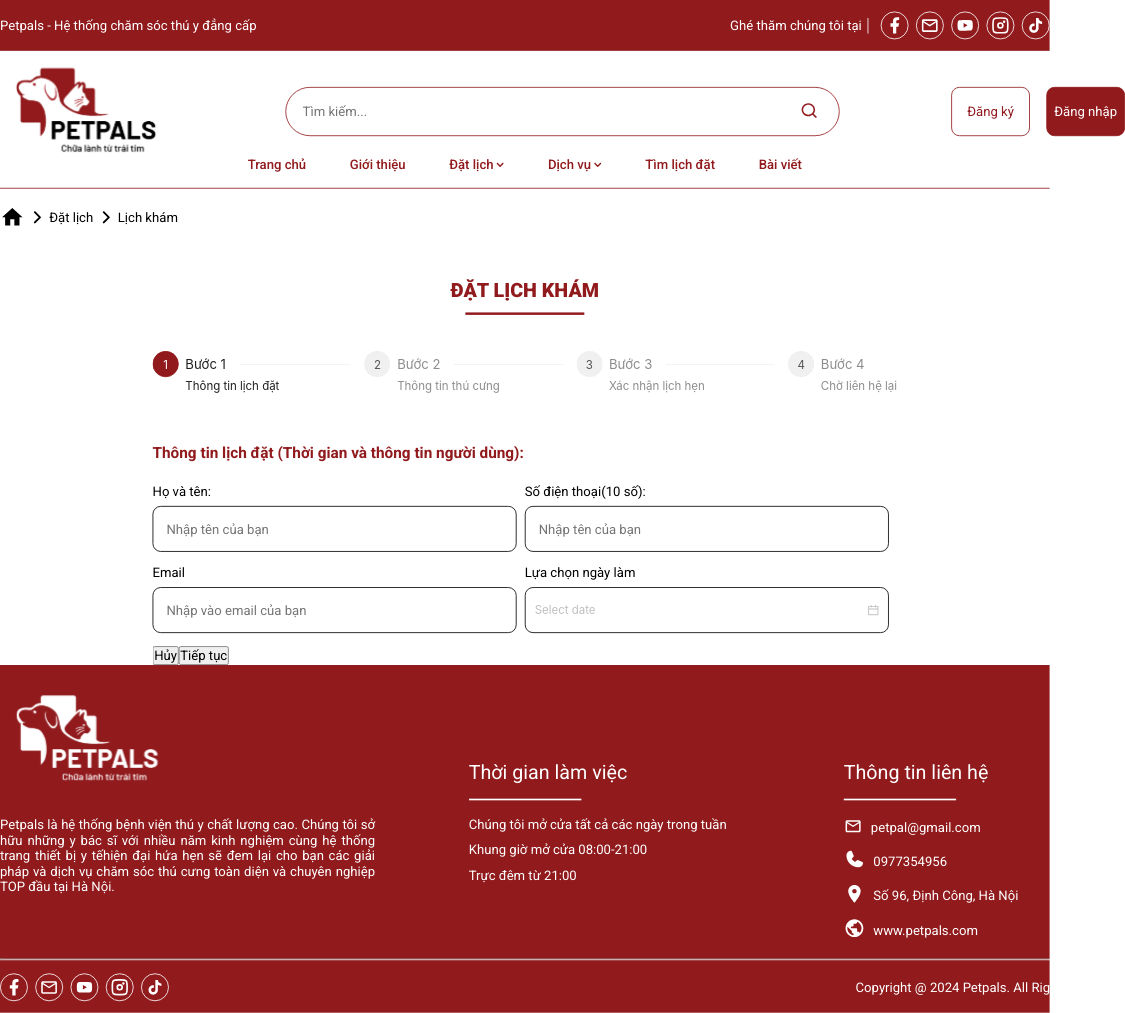
Repository: ahntrung1909/Petpals
Page: /dat-lich/kham-benh (app in petpals-user-main/)
An editor plug-in stored every save of this project. The page is shown before and after the next save, followed by the edit.
The browser window is 1280 px wide. The page is 1372 px wide, so the pictures cover 1372 px, including what lies to the right of the window. The pictures show the whole page, at 82% of full size.
The project was rebuilt for these pictures with package versions that can differ from the ones it lists, and the page was loaded fresh each time. The framework's server and built-in components were replaced by stand-ins that run in the browser. Also part of the build but not shown: petpals-user-main/next.config.js, petpals-user-main/next.config.mjs.

Above is the page before, as saved 2024-04-10 23:05:08.

### petpals-user-main/src/app/layout.js
import { Footer } from "@/components/Footer/Footer";
import "./global.scss";
import { Header } from "@/components/Header/Header";
import { ToastContainer } from "react-toastify";
import "react-toastify/dist/ReactToastify.css";
import { Button, ConfigProvider, Space } from "antd";

export const metadata = {
  title: "Petpals - Chữa lành từ trái tim",
  description: "Petpals",
};

export default function RootLayout({ children }) {
  return (
    <html lang="en">
      <body>
        <Header />
        <ToastContainer />
        <ConfigProvider
          theme={{
            token: {
              colorPrimary: "#911A1D",
            },
            components: {},
          }}
        >
          {children}
        </ConfigProvider>
        <Footer />
      </body>
    </html>
  );
}

### petpals-user-main/src/app/dat-lich/kham-benh/page.js
"use client";
import "./style.scss";
import React, { useState } from "react";
import { Steps } from "antd";
import StepItem from "./StepItem";

export default function page() {
  const [bookingInfo, setBookingInfo] = useState({
    id: "",
    userName: "",
    userEmail: "",
    userPhone: "",
  });
  const [current, setCurrent] = useState(0);
  return (
    <main>
      <div className="breadcrumb">
        <img src="/icon/ic_baseline-home.svg" alt="" />
        <img src="/icon/iconamoon_arrow-right-2.svg" alt="" />
        <p>Đặt lịch</p>
        <img src="/icon/iconamoon_arrow-right-2.svg" alt="" />
        <p>Lịch khám</p>
      </div>
      <section className="booking-section">
        <div className="section-heading">ĐẶT LỊCH KHÁM</div>
        <div className="booking-wrapper">
          <Steps
            style={{ marginBottom: "60px" }}
            current={current}
            items={[
              {
                title: "Bước 1",
                description: "Thông tin lịch đặt",
              },
              {
                title: "Bước 2",
                description: "Thông tin thú cưng",
              },
              {
                title: "Bước 3",
                description: "Xác nhận lịch hẹn",
              },
              {
                title: "Bước 4",
                description: "Chờ liên hệ lại",
              },
            ]}
          />
          <StepItem step={current} />
          <div className="btn-wrapper">
            <button
              className="btn prev-btn"
              onClick={() => {
                setCurrent(current - 1);
              }}
            >
              Hủy
            </button>
            <button
              className="btn next-btn"
              onClick={() => {
                setCurrent(current + 1);
              }}
            >
              Tiếp tục
            </button>
          </div>
        </div>
      </section>
    </main>
  );
}

### petpals-user-main/src/components/Footer/Footer.js
import { Socialicon } from "../Socialicon/Socialicon";
import "./style.scss";
export const Footer = () => {
  return (
    <footer>
      <div className="row row-1">
        <div className="logo">
          <img src="/img/logo_am_ban.svg" alt="" />
        </div>
        <div className="working-time">Thời gian làm việc</div>
        <div className=" contact-info">Thông tin liên hệ</div>
      </div>
      <div className="row">
        <div className="about">
          Petpals là hệ thống bệnh viện thú y chất lượng cao. Chúng tôi sở hữu
          những y bác sĩ với nhiều năm kinh nghiệm cùng hệ thống trang thiết bị
          y tếhiện đại hứa hẹn sẽ đem lại cho bạn các giải pháp và dịch vụ chăm
          sóc thú cưng toàn diện và chuyên nghiệp TOP đầu tại Hà Nội.
        </div>
        <ul className="working-time-more">
          <li>Chúng tôi mở cửa tất cả các ngày trong tuần</li>
          <li>Khung giờ mở cửa 08:00-21:00</li>
          <li>Trực đêm từ 21:00</li>
        </ul>
        <ul className="contact-info-more">
          <li className="contact-item">
            <span>
              <img src="/icon/material-symbols_mail-outline.svg" alt="" />
            </span>
            petpal@gmail.com
          </li>
          <li className="contact-item">
            <span>
              <img src="/icon/ph_phone-fill.svg" alt="" />
            </span>
            0977354956
          </li>
          <li className="contact-item">
            <span>
              <img src="/icon/mdi_location.svg" alt="" />
            </span>
            Số 96, Định Công, Hà Nội
          </li>
          <li className="contact-item">
            <span>
              <img src="/icon/mdi_earth.svg" alt="" />
            </span>
            www.petpals.com
          </li>
        </ul>
      </div>
      <hr />
      <div className="footer-bottom">
        <Socialicon />
        <div>Copyright @ 2024 Petpals. All Rights Reverved</div>
      </div>
    </footer>
  );
};

### petpals-user-main/src/app/global.scss
@import url("https://fonts.googleapis.com/css2?family=Roboto:ital,wght@0,100;0,300;0,400;0,500;0,700;0,900;1,100;1,300;1,400;1,500;1,700;1,900&display=swap");
@import "../style/variable";
* {
  padding: 0;
  margin: 0;
  box-sizing: border-box;
}
body {
  font-family: "Roboto", sans-serif;
  font-size: 16px;
}
a {
  text-decoration: none;
  color: black;
}
ul,
li {
  list-style: none;
}
input,
textarea {
  width: 100%;
  border: none;
  outline: none;
  font-family: "Roboto", sans-serif;
  font-size: 16px;
}
img {
  width: 100%;
}
button {
  font-family: "Roboto", sans-serif;
  font-size: 16px;
}
label {
  font-family: "Roboto", sans-serif;
  font-size: 16px;
}

// custom scroll bar
::-webkit-scrollbar-track {
  background-color: #f5f5f5;
}

::-webkit-scrollbar {
  width: 6px;
  height: 6px;
  background-color: #f5f5f5;
}

::-webkit-scrollbar-thumb {
  background-image: linear-gradient($BROWN_500, $RED_500);
  // border-radius: 10px;
}
::-webkit-scrollbar-thumb:horizontal {
  background-image: linear-gradient(to right, $BROWN_500, $RED_500);
  // border-radius: 10px;
}

### petpals-user-main/src/app/dat-lich/kham-benh/style.scss
@import "../../../style/variable";
@import "../../../style/base";

.booking-wrapper {
  width: 908px;
  margin: 0 auto;
  .ant-steps-item-finish .ant-steps-item-icon {
    background-color: transparent !important;
    .anticon-check {
      color: $BROWN_500;
    }
  }
  form {
    width: 100%;
  }
  h3 {
    color: $BROWN_500;
    margin-bottom: 26px;
  }
  .form-row {
    display: flex;
    gap: 10px;
    margin-bottom: 16px;
  }
  .input-group {
    width: 444px;
    display: flex;
    flex-direction: column;
    gap: 8px;
    input {
      width: 100%;
    }
    &:not(.date-time-picker) {
      input {
        height: 56px;
        border: 1px solid black;
        padding-left: 16px;
        border-radius: 10px;
      }
    }
    &:has(.date-time-picker) {
      input {
        padding: 10px;
      }
    }
    .ant-picker {
      height: 56px;
      border-color: black;
      border-radius: 10px;
    }
    // input:has(.date-time-picker) {
    //   height: 56px;
    //   border: 1px solid black;
    //   padding-left: 16px;
    //   border-radius: 10px;
    // }
  }
}

### petpals-user-main/src/app/dat-lich/kham-benh/StepItem.js
"use-client";
import "./style.scss";
import React, { useEffect } from "react";
import { DatePicker } from "antd";
import dayjs from "dayjs";
import customParseFormat from "dayjs/plugin/customParseFormat";
import { Input } from "antd";

dayjs.extend(customParseFormat);

export default function StepItem({ step }) {
  const disabledDate = (current) => {
    //disable những lịch từ ngày hôm qua
    return current && current < dayjs().endOf("day").subtract(1, "day");
  };
  if (step === 0) {
    return (
      <form>
        <h3>Thông tin lịch đặt (Thời gian và thông tin người dùng):</h3>
        <div className="form-row">
          <div className="input-group">
            <label htmlFor="">Họ và tên: </label>
            <input type="text" placeholder="Nhập tên của bạn" />
          </div>
          <div className="input-group">
            <label htmlFor="">Số điện thoại(10 số):</label>
            <input type="text" placeholder="Nhập tên của bạn" />
          </div>
        </div>
        <div className="form-row">
          <div className="input-group">
            <label htmlFor="">Email</label>
            <input type="text" placeholder="Nhập vào email của bạn" />
          </div>
          <div className="input-group date-time-picker">
            <label htmlFor="">Lựa chọn ngày làm</label>
            <DatePicker onChange={() => {}} disabledDate={disabledDate} />
          </div>
        </div>
      </form>
    );
  }
  if (step === 1) {
    return <div>Step 2</div>;
  }
  if (step === 2) {
    return <div>Step 3</div>;
  }
  if (step === 3) {
    return <div>Step 4</div>;
  }
}

### petpals-user-main/src/components/Socialicon/Socialicon.js
import "./style.scss";
export const Socialicon = () => {
  return (
    <div className="list-social-icon">
      <div className="icon-item">
        <img src="/icon/ri_facebook-fill.svg" alt="icon-facebook" />
      </div>
      <div className="icon-item">
        <img src="/icon/material-symbols_mail-outline.svg" alt="icon-mail" />
      </div>
      <div className="icon-item">
        <img src="/icon/mdi_youtube.svg" alt="icon-youtube" />
      </div>
      <div className="icon-item">
        <img src="/icon/lets-icons_insta.svg" alt="icon-insta" />
      </div>
      <div className="icon-item">
        <img src="/icon/ic_baseline-tiktok.svg" alt="icon-tiktok" />
      </div>
    </div>
  );
};

### petpals-user-main/src/components/Footer/style.scss
@import "../../style/variable";
footer {
  display: block;
  width: 100vw;
  height: 424px;
  background-color: $BROWN_500;
  padding: 20px 0;
}
.row {
  width: 1372px;
  margin: 0 auto;
  display: grid;
  grid-template-columns: repeat(12, 1fr);
  row-gap: 20px;
  color: white;
  margin-bottom: 20px;
}
.row-1 {
  align-items: flex-end;
}
.logo {
  width: 214px;
  grid-column: 1/5;
}
.working-time {
  grid-column: 6/10;
  position: relative;
  font-size: 24px;
  padding-bottom: 20px;
  &::after {
    content: "";
    width: 137px;
    height: 2px;
    background-color: white;
    position: absolute;
    left: 0;
    bottom: 0;
  }
}
.contact-info {
  position: relative;
  grid-column: 10/13;
  font-size: 24px;
  padding-bottom: 20px;
  &::after {
    content: "";
    width: 137px;
    height: 2px;
    background-color: white;
    position: absolute;
    left: 0;
    bottom: 0;
  }
}
.about {
  grid-column: 1/5;
  text-align: justify;
}
.working-time-more {
  grid-column: 6/10;
  display: flex;
  flex-direction: column;
  gap: 12px;
}
.contact-info-more {
  grid-column: 10/13;
  display: flex;
  flex-direction: column;
  gap: 12px;
}
.contact-item {
  display: flex;
  gap: 10px;
  align-items: center;
}
.footer-bottom {
  width: 1372px;
  margin: 0 auto;
  margin-top: 16px;
  color: white;
  display: flex;
  align-items: center;
  justify-content: space-between;
}

### petpals-user-main/src/style/_variable.scss
$BROWN_50: rgb(244, 232, 232);
$BROWN_100: rgb(221, 184, 185);
$BROWN_200: rgb(204, 150, 151);
$BROWN_300: rgb(181, 102, 104);
$BROWN_400: rgb(167, 72, 74);
$BROWN_500: rgb(145, 26, 29);
$BROWN_600: rgb(132, 24, 26);
$BROWN_700: rgb(103, 18, 21);
$BROWN_800: rgb(80, 14, 16);
$BROWN_900: rgb(61, 11, 12);
$RED_50: rgb(255, 247, 247);
$RED_100: rgb(255, 230, 231);
$RED_200: rgb(255, 217, 219);
$RED_300: rgb(255, 200, 202);
$RED_400: rgb(255, 189, 192);
$RED_500: rgb(255, 173, 176);
$RED_600: rgb(232, 157, 160);
$RED_700: rgb(181, 123, 125);
$RED_800: rgb(140, 95, 97);
$RED_900: rgb(107, 73, 74);
$BROWN_DARK_50: rgb(236, 233, 233);
$BROWN_DARK_100: rgb(195, 186, 186);
$BROWN_DARK_200: rgb(165, 152, 152);
$BROWN_DARK_300: rgb(124, 105, 106);
$BROWN_DARK_400: rgb(99, 76, 77);
$BROWN_DARK_500: rgb(60, 31, 32);
$BROWN_DARK_600: rgb(55, 28, 29);
$BROWN_DARK_700: rgb(43, 22, 23);
$BROWN_DARK_800: rgb(33, 17, 18);
$BROWN_DARK_900: rgba(25, 13, 13, 0.2);

### petpals-user-main/src/components/Header/style.scss
@import "../../style/_variable";

header {
  height: 230px;
  border-bottom: 1px solid $BROWN_500;
}
div:has(.wrap):nth-child(1) {
  background-color: $BROWN_500;
  height: 62px;
  display: flex;
  align-items: center;
}
.wrap {
  width: 1372px;
  margin: 0 auto;
}
.top-header {
  display: flex;
  justify-content: space-between;
  align-items: center;
  color: white;
}
.social-connect {
  display: flex;
  align-items: center;
  gap: 15px;
}
.social-connect > p {
  padding: 0px 7px;
  border-right: 1px solid white;
}
div:has(.wrap):nth-child(2) {
  padding-top: 18px;
}
.main-header {
  display: flex;
  align-items: center;
  justify-content: space-between;
}
.petpals-logo {
  display: block;
  width: 211px;
  height: 111px;
}
.header-main-right {
  display: flex;
  width: 1024px;
  justify-content: space-between;
  align-items: center;
}
.search-input {
  display: flex;
  position: relative;

  input {
    width: 676px;
    height: 60px;
    padding: 0px 60px 0px 20px;
    border: 1px solid $BROWN_500;
    border-radius: 99px;
    display: flex;
    justify-content: center;
    align-items: center;
  }
  .icon-item {
    right: 20px;
    top: 50%;
    transform: translateY(-50%);
    position: absolute;
    cursor: pointer;
  }
}
.btn-group {
  display: flex;
  gap: 20px;
  text-align: center;
  .btn {
    display: flex;
    justify-content: center;
    align-items: center;
    width: 96px;
    height: 60px;
    border: 1px solid $BROWN_500;
    border-radius: 10px;
    color: $BROWN_500;
  }
  .btn:nth-child(1):hover {
    background-color: $BROWN_500;
    color: white;
  }
  .btn:nth-child(2) {
    color: white;
    background-color: $BROWN_500;
    &:hover {
      background-color: $BROWN_300;
    }
  }
}
.nav {
  display: flex;
  align-items: center;
  justify-content: space-between;
  width: 676px;
  margin: 0 auto;
  color: $BROWN_500;
  font-weight: 500;
  z-index: 99;

  &-item {
    display: flex;
    position: relative;
    align-items: center;
    cursor: pointer;
    padding-bottom: 8px;
    &.active > span,
    &.active > a {
      font-weight: 900;
    }
    &:hover .sub-nav:not(.nav-2) {
      display: flex;
    }
    span {
      display: flex;
      justify-content: center;
      align-items: center;
      color: $BROWN_500;
    }
    a {
      display: flex;
      justify-content: center;
      align-items: center;
      color: $BROWN_500;
      width: 100%;
      height: 100%;
    }
    &:hover > a {
      color: $RED_500;
    }
    &:hover > span {
      color: $RED_500;
    }
  }
}
.sub-nav {
  position: absolute;
  z-index: 99;
  top: 100%;
  left: 0;
  border-radius: 10px;
  box-shadow: 0 15px 15px 15px rgba(0, 0, 0, 0.05);
  box-shadow: 0 15px 15px rgba(0, 0, 0, 0.1);
  border: 0.5px solid rgba(0, 0, 0, 0.15);
  background-color: white;
  padding: 8px;
  display: none;
  flex-direction: column;
  gap: 8px;
  &.nav-2 {
    position: absolute;
    top: 0;
    left: 100%;
    transform: translate(8px, -8px);
    display: none;
  }
  &-item {
    position: relative;
    display: flex;
    align-items: center;
    justify-content: space-between;
    &::after {
      content: "";
      width: 8px;
      height: 100%;
      position: absolute;
      top: 0;
      right: -8px;
    }
    &:hover {
      background-color: rgba(0, 0, 0, 0.05);
    }
    &:hover .sub-nav.nav-2 {
      display: flex;
    }
    a {
      width: 100%;
      height: 100%;
      display: flex;
      justify-content: left;
      padding: 12px 16px;
    }
    span {
      padding: 12px 16px;
    }
    &-active > span,
    &-active > a {
      font-weight: 600;
    }
  }
}
.user-login-controller {
  display: flex;
  align-items: center;
  gap: 8px;
  cursor: pointer;
  position: relative;

  &:hover .sub-nav {
    display: flex;
    left: inherit;
    right: 0;
  }
}

### petpals-user-main/src/style/_base.scss
.section-heading {
  width: fit-content;
  margin: 60px auto;
  color: $BROWN_500;
  position: relative;
  font-size: 24px;
  font-weight: 800;
  text-transform: uppercase;
  &::after {
    content: "";
    width: 80%;
    height: 3px;
    position: absolute;
    bottom: -16px;
    left: 50%;
    transform: translateX(-50%);
    background-color: $BROWN_500;
  }
}
.breadcrumb {
  width: 1372px;
  margin: 0 auto;
  display: flex;
  align-items: center;
  padding-top: 20px;
  img {
    width: 30px;
    height: 30px;
  }
}

### petpals-user-main/src/components/Socialicon/style.scss
.list-social-icon {
  display: flex;
  gap: 9px;
}
.icon-item {
  width: 34px;
  height: 34px;
  border: 1px solid white;
  padding: 4px;
  border-radius: 99px;
  display: flex;
  justify-content: center;
  align-items: center;
}

Loaded but not shown: petpals-user-main/src/components/Header/Header.js (271 lines, source omitted)

After the next save:
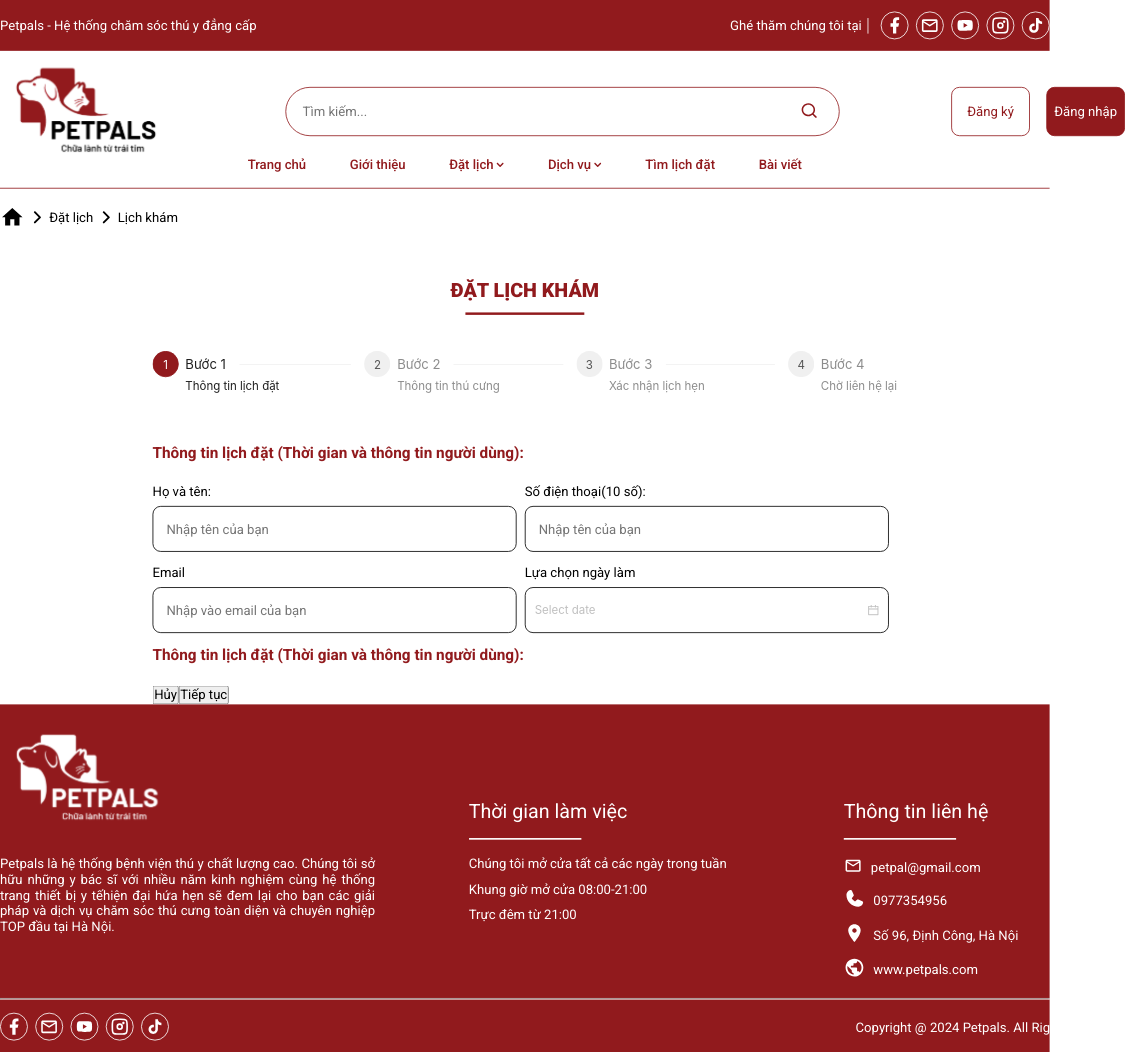
Saved 41 s later.
--- a/petpals-user-main/src/app/dat-lich/kham-benh/StepItem.js
+++ b/petpals-user-main/src/app/dat-lich/kham-benh/StepItem.js
@@ -37,6 +37,7 @@ export default function StepItem({ step }) {
             <DatePicker onChange={() => {}} disabledDate={disabledDate} />
           </div>
         </div>
+        <h3>Thông tin lịch đặt (Thời gian và thông tin người dùng):</h3>
       </form>
     );
   }
